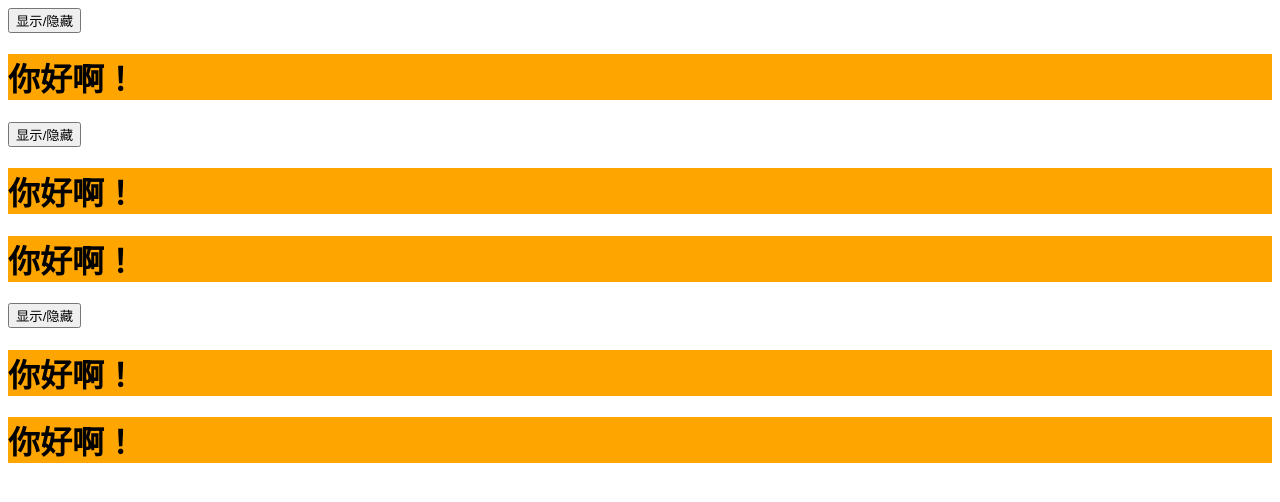
Repository: 13067902180/vue2.0study
Page: /
These files come from the project's save history. The page is drawn as it stood at one moment and after the next save; the edit follows.
The browser window is 1280 px wide. The pictures show the whole page.
The project was rebuilt for these pictures with package versions that can differ from the ones it lists, and the page was loaded fresh each time. Also part of the build but not shown: vue.config.js.

Above is the page before, as saved 2023-02-24 14:22:57.

### public/index.html
<!DOCTYPE html>
<html lang="">
  <head>
    <meta charset="utf-8">
    <!-- 针对ie浏览器的特殊配置，让ie最高级别渲染页面 -->
    <meta http-equiv="X-UA-Compatible" content="IE=edge">
    <!-- 开启移动端的理想视口 -->
    <meta name="viewport" content="width=device-width,initial-scale=1.0">
    <!-- 配置页签图标 <%= BASE_URL %> ==== ./ 怕打包出问题 指的是public所在的路径-->
    <link rel="icon" href="<%= BASE_URL %>favicon.ico">
    <!-- 配置网页图标  %= htmlWebpackPlugin.options.title % 是webpack里的插件1-->
    <title><%= htmlWebpackPlugin.options.title %></title>
  </head>
  <body>
    <!-- 如果浏览器不支持js 显示 支持就不渲染 -->
    <noscript>
      <strong>We're sorry but <%= htmlWebpackPlugin.options.title %> doesn't work properly without JavaScript enabled. Please enable it to continue.</strong>
    </noscript>

    <div id="app"></div>
    <!-- built files will be auto injected -->
  </body>
</html>
<!-- 整个页面的界面 -->

### src/main.js
//引入vue 精简版  正式版是vue.js dist/vue.js
import Vue from 'vue'
//app所有组件的父组件
import App from './App.vue'
//import {hunhe,hunhe2} from './mixin'
//import plugins from './plugins'
// 引用插件
//Vue.use(plugins)
// 引用混入
//Vue.mixin(hunhe)
//Vue.mixin(hunhe2)
// 关闭生产提示
// const demo = Vue.extend({});
// const d = new demo()
// 创建vuecompoment实例挂到vue的原型x上去
// Vue.prototype.x = d
Vue.config.productionTip = false
// 创建vue实例对象  ---vm
new Vue({
  // 将app组件放入容器中
  render: h => h(App),
  // 引用了精简版vue没有模板解析器 要用render函数不能用template
  // vue包含模板解析器和vue核心
  // render(creat){
  //  return creat('h1','NIHAO')
  // }
  // 等于el：'#app'
  beforeCreate() {
    // 把$bus挂到vue的原型上去 $bus是当前引用vm 相当于一个傀儡存放使用
    Vue.prototype.$bus = this//安装全局事件总线 bus有总线的意思
  }
}).$mount('#app')

### src/App.vue
<template>
  <div id="app">
    <Test></Test>
    <Test2></Test2>
    <Test3></Test3>
  </div>
</template>

<script>
// 引入组件  组件全放到components
import Test from "./components/Test.vue";
import Test2 from "./components/Test2.vue";
import Test3 from "./components/Test3.vue";
export default {
  name: "App",

  // 注册组件
  components: {
    // eslint-disable-next-line vue/no-unused-components
    Test,
    Test2,
    Test3,
  },
};
</script>

<style>
</style>

### src/components/Test.vue

<template>
  <div>
    <button @click="isShow = !isShow">显示/隐藏</button>
    <!-- appear 一开始触发动画进场效果 -->
    <transition name="hello" :appear="true">
      <h1 v-show="isShow">你好啊！</h1>
    </transition>
  </div>
</template>

<script>
export default {
  // eslint-disable-next-line vue/multi-word-component-names
  name: "Test",
  data() {
    return {
      isShow: true,
    };
  },
};
</script>

<style  scoped>
h1 {
  background: orange;
}
.hello-enter-active {
  animation: atguigu 0.5s linear;
}
.hello-leave-active {
  animation: atguigu 0.5s linear reverse;
}
@keyframes atguigu {
  from {
    transform: translateX(-100%);
  }
  to {
    transform: translateX(0px);
  }
}
</style>>

### src/components/Test2.vue

<template>
  <div>
    <button @click="isShow = !isShow">显示/隐藏</button>
    <transition name="hello" :appear="true">
      <h1 v-show="isShow">你好啊！</h1>
    </transition>
    <transition-group name="hello" :appear="true">
      <h1 v-show="!isShow" key="1">你好啊！</h1>
      <h1 v-show="isShow" key="2">你好啊！</h1>
    </transition-group>
  </div>
</template>

<script>
export default {
  // eslint-disable-next-line vue/multi-word-component-names
  name: "Test",
  data() {
    return {
      isShow: true,
    };
  },
};
</script>

<style  scoped>
h1 {
  background: orange;
}
/* 进入的起点，离开的终点 */
.hello-enter,
.hello-leave-to {
  transform: translateX(-100%);
}
/* 进入的终点 离开的起点 */
.hello-leave-active,
.hello-enter-active {
  transition: 0.5s linear;
}
.hello-enter-to,
.hello-leave {
  transform: translateX(0px);
}
</style>>

### src/components/Test3.vue

<template>
  <div>
    <button @click="isShow = !isShow">显示/隐藏</button>
    <transition name="hello" :appear="true">
      <h1 v-show="isShow">你好啊！</h1>
    </transition>
    <transition-group name="hello" :appear="true">
      <h1 v-show="!isShow" key="1">你好啊！</h1>
      <h1 v-show="isShow" key="2">你好啊！</h1>
    </transition-group>
  </div>
</template>

<script>
export default {
  // eslint-disable-next-line vue/multi-word-component-names
  name: "Test",
  data() {
    return {
      isShow: true,
    };
  },
};
</script>

<style  scoped>
h1 {
  background: orange;
}
/* 进入的起点，离开的终点 */
.hello-enter,
.hello-leave-to {
  transform: translateX(-100%);
}
/* 进入的终点 离开的起点 */
.hello-leave-active,
.hello-enter-active {
  transition: 0.5s linear;
}
.hello-enter-to,
.hello-leave {
  transform: translateX(0px);
}
</style>>

After the next save:
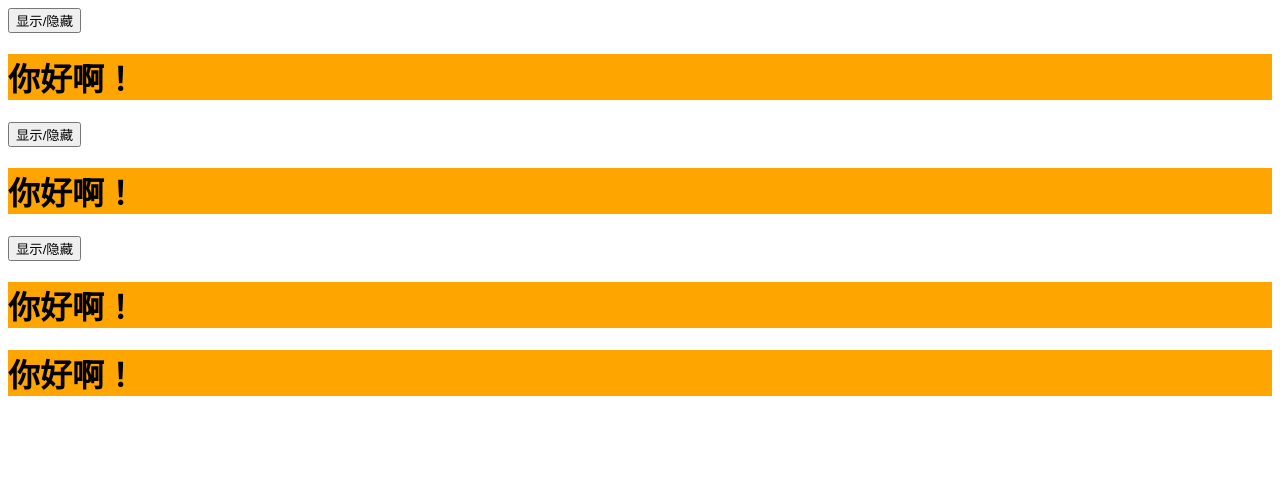
Saved 88 s later.
--- a/src/components/Test2.vue
+++ b/src/components/Test2.vue
@@ -2,9 +2,7 @@
 <template>
   <div>
     <button @click="isShow = !isShow">显示/隐藏</button>
-    <transition name="hello" :appear="true">
-      <h1 v-show="isShow">你好啊！</h1>
-    </transition>
+
     <transition-group name="hello" :appear="true">
       <h1 v-show="!isShow" key="1">你好啊！</h1>
       <h1 v-show="isShow" key="2">你好啊！</h1>
